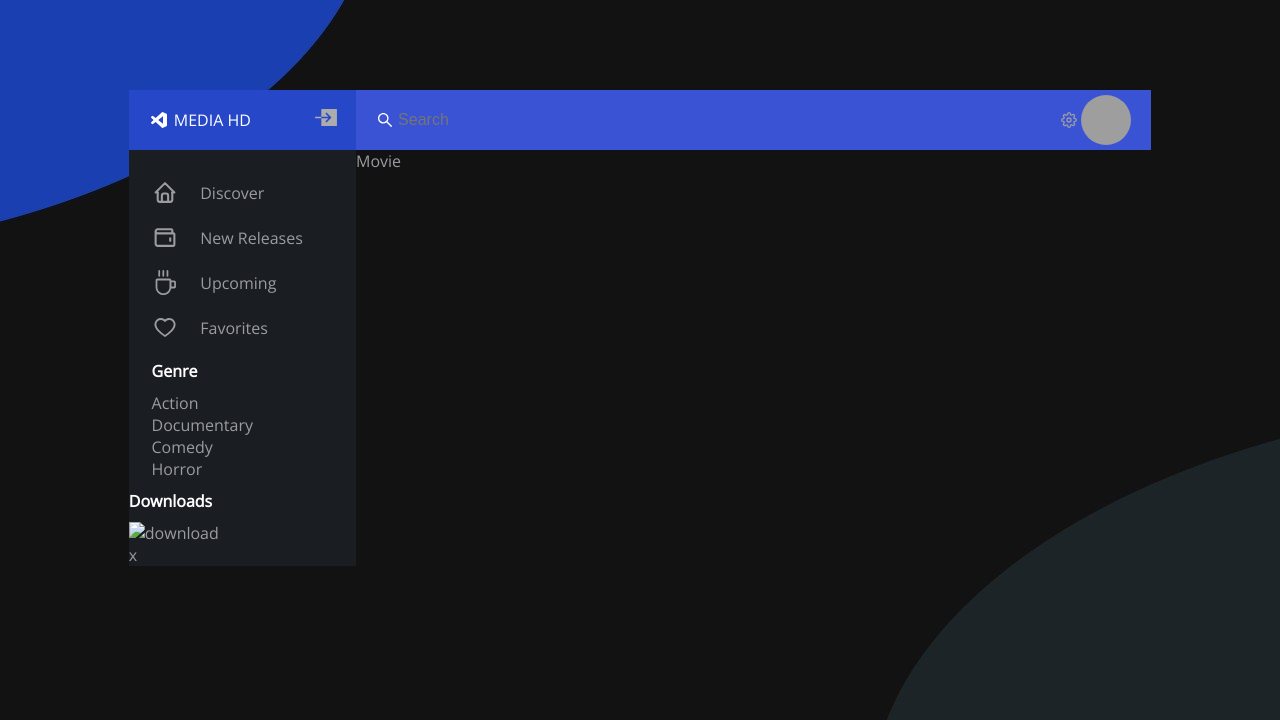
Repository: DevLaukey/movie-task
Page: /
These files come from the project's save history. The page is drawn as it stood at one moment and after the next save; the edit follows.
The browser window is 1280 px wide. The pictures show the whole page.
Pictures or frames that could not be fetched are drawn as grey boxes. The page's requests for data from a server got no answer. The project was rebuilt for these pictures with package versions that can differ from the ones it lists, and the page was loaded fresh each time. No one was signed in, and anything a server would have sent is missing. Also part of the build but not shown: src/components/Body/Movies.css.

Above is the page before, as saved 2022-06-15 20:50:38.

### src/App.js
import "./App.css"
import Body from "./components/Body/Body";
import Sidebar from "./components/Sidebar/Sidebar";
import axios from "axios";
import { useEffect, useState } from "react";

function App() {
  const [movies, setMovies] = useState([]);
  const url = "https://api.themoviedb.org/3/";
  const api = axios.create({ baseURL: url });

  const movieDetails = api.get(`/discover/movie?api_key=${process.env.REACT_APP_MOVIEDB_API}`, {
    params: process.env.MOVIEDB_API,
  });

  useEffect(() => {
    movieDetails.then((res) => {
      console.log(res.data.results);
    });
  }, [movies])
  return (
    <main className="App">
      <div className="App__container">
        <Sidebar />
        <Body />
      </div>
    </main>
  );
}

export default App;

### src/index.css
*{
    padding: 0;
    margin: 0;
    box-sizing: border-box;

}

### src/features/counter/counterSlice.js
import { createAsyncThunk, createSlice } from '@reduxjs/toolkit';
import { fetchCount } from './counterAPI';

const initialState = {
  value: 0,
  movies: 'idle',
};

// The function below is called a thunk and allows us to perform async logic. It
// can be dispatched like a regular action: `dispatch(incrementAsync(10))`. This
// will call the thunk with the `dispatch` function as the first argument. Async
// code can then be executed and other actions can be dispatched. Thunks are
// typically used to make async requests.
export const incrementAsync = createAsyncThunk(
  'counter/fetchCount',
  async (amount) => {
    const response = await fetchCount(amount);
    // The value we return becomes the `fulfilled` action payload
    return response.data;
  }
);

export const counterSlice = createSlice({
  name: 'counter',
  initialState,
  // The `reducers` field lets us define reducers and generate associated actions
  reducers: {
    increment: (state) => {
      // Redux Toolkit allows us to write "mutating" logic in reducers. It
      // doesn't actually mutate the state because it uses the Immer library,
      // which detects changes to a "draft state" and produces a brand new
      // immutable state based off those changes
      state.value += 1;
    },
    decrement: (state) => {
      state.value -= 1;
    },
    // Use the PayloadAction type to declare the contents of `action.payload`
    incrementByAmount: (state, action) => {
      state.value += action.payload;
    },
  },
  // The `extraReducers` field lets the slice handle actions defined elsewhere,
  // including actions generated by createAsyncThunk or in other slices.
  extraReducers: (builder) => {
    builder
      .addCase(incrementAsync.pending, (state) => {
        state.status = 'loading';
      })
      .addCase(incrementAsync.fulfilled, (state, action) => {
        state.status = 'idle';
        state.value += action.payload;
      });
  },
});

export const { increment, decrement, incrementByAmount } = counterSlice.actions;

// The function below is called a selector and allows us to select a value from
// the state. Selectors can also be defined inline where they're used instead of
// in the slice file. For example: `useSelector((state: RootState) => state.counter.value)`
export const selectCount = (state) => state.counter.value;

// We can also write thunks by hand, which may contain both sync and async logic.
// Here's an example of conditionally dispatching actions based on current state.
export const incrementIfOdd = (amount) => (dispatch, getState) => {
  const currentValue = selectCount(getState());
  if (currentValue % 2 === 1) {
    dispatch(incrementByAmount(amount));
  }
};

export default counterSlice.reducer;

### src/App.css
@import url('https://fonts.googleapis.com/css2?family=Open+Sans&display=swap');
.App{
    background-image: url(../public/back.jpg);
    width: 100vw;
    height: 100vh;
    background-size: cover;
    background-repeat: no-repeat;
    font-family: 'Open Sans', sans-serif;
    color: rgba(154,156,161,255);
}
.App__container{
    position: absolute;
    display: flex;
    justify-content: center;
    padding: 10vh;
    width: 100%;
}

### src/components/Body/Body.js
import React from "react";
import "./Body.css";
import Movies from "./Movies";
import Nav from "./Nav/Nav";
function Body() {
  return (
    <div className="body">
      <Nav />
      <Movies />
    </div>
  );
}

export default Body;

### src/components/Sidebar/Sidebar.js
import React from "react";
import "./Sidebar.css";
import { IoEnterSharp } from "react-icons/io5";
import { SiVisualstudiocode } from "react-icons/si";

import Links from "./Links";


function Sidebar() {
  return (
    <div className="sidebar">
      <div className="sidebar__top">
        <div className="sidebar__left">
          <SiVisualstudiocode className="sidebar__logo" />
          <p className="sidebar__text">MEDIA HD</p>
        </div>
        <div className="sidebar__right">
          <IoEnterSharp
            style={{ color: "#acacac", height: "25", width: "30" }}
          />
        </div>
      </div>
      <div className="sidebar__bottom">
       <Links />
        <section className="sidebar__genre">
          <p className="sidebar__genre-bold-text">Genre</p>
          <p className="sidebar__genre-text">Action</p>
          <p className="sidebar__genre-text">Documentary</p>
          <p className="sidebar__genre-text">Comedy</p>
          <p className="sidebar__genre-text">Horror</p>
        </section>
        <section className="sidebar__downloads">
          <p className="sidebar__genre-bold-text">Downloads</p>
          <img src="" alt="download" />
          <p className="sidebar__downloads-text">x</p>
        </section>
      </div>
    </div>
  );
}

export default Sidebar;

### src/components/Body/Body.css
.body{
    display: flex;
    flex-direction: column;
    top: -20px;
    width: 70%;
}

### src/components/Body/Movies.js
import React from 'react'
import Movie from './Movie'
import "./Movies.css"
function Movies() {
  return (
      <div>
          <Movie />
    </div>
  )
}

export default Movies

### src/components/Body/Nav/Nav.js
import React from 'react'
import "./Nav.css"
import { AiOutlineSearch} from "react-icons/ai";
import { FiSettings } from "react-icons/fi";

function Nav() {
  return (
    <div className="nav">
      <div className="nav__search">
        <AiOutlineSearch style={{ color: "white", fontSize: "20" }} />
        <input
          className="nav__search__input"
          type="text"
          placeholder="Search"
        />
      </div>
      <div className="nav__icons">
        <FiSettings />
        <img
          src={`https://dt2sdf0db8zob.cloudfront.net/wp-content/uploads/2019/12/9-Best-Online-Avatars-and-How-to-Make-Your-Own-for-Free-image1-5.png`}
          alt=""
          className="nav__avatar"
        />
      </div>
    </div>
  );
}

export default Nav

### src/components/Sidebar/Sidebar.css
.sidebar {
  display: flex;
  flex-direction: column;
  margin-top: 18px;
  width: 20%;
  align-items: center;
  background-color: rgba(26, 29, 34, 255);
}
.sidebar__top {
  display: flex;
  width: 100%;
  justify-content: space-between;
  align-items: center;
  padding: 15px;
  background-color: #2647c8;
}
.sidebar__left {
  color: #fff;
  display: flex;
  align-items: center;
}
.sidebar__logo {
  width: 30px;
}
.sidebar__bottom {
  width: 100%;
}

.sidebar__group {
  width: 100%;
  margin-top: 20px;
  display: flex;

  flex-direction: column;
}
.sidebar__option {
  display: flex;
  align-items: center;
  padding: 10px 20px 10px 0;
}
.sidebar__option > *{
margin-left: 10% ;
}
.sidebar__option:hover {
  background-color: #0c0c0c;
  color: rgba(25, 64, 181, 255);
  border-left: 1px solid #2647c8;
}
.sidebar__genre{
  display: flex;
  flex-direction: column;
  padding: 10px 20px 10px 0;
  margin-left: 10%;
}
.sidebar__genre-bold-text{
  font-weight: bold;
  color: #fff;
  font-size: 1em;
  margin-bottom: 10px;
}

### src/components/Sidebar/Links.js
import React from 'react'
import { TbHome } from "react-icons/tb";
import { BiWallet } from "react-icons/bi";
import { AiOutlineHeart, AiOutlineCoffee } from "react-icons/ai";


function Links() {
  return (
    <nav className="sidebar__group">
      <div className="sidebar__option">
        <TbHome style={{ height: "25", width: "30" }} />
        <p className="sidebar__option-text">Discover</p>
      </div>
      <div className="sidebar__option">
        <BiWallet style={{ height: "25", width: "30" }} />
        <p className="sidebar__option-text">New Releases</p>
      </div>
      <div className="sidebar__option">
        <AiOutlineCoffee style={{ height: "25", width: "30" }} />
        <p className="sidebar__option-text">Upcoming</p>
      </div>
      <div className="sidebar__option">
        <AiOutlineHeart style={{ height: "25", width: "30" }} />

        <p className="sidebar__option-text">Favorites</p>
      </div>
    </nav>
  );
}

export default Links

### src/components/Body/Movie.js
import React from 'react'
import "./Movies.css"
function Movie() {
  return (
    <div>Movie</div>
  )
}

export default Movie

### src/components/Body/Nav/Nav.css
.nav {
  width: 100%;
  display: flex;
  justify-content: space-between;
  margin-top: 18px;
  align-items: center;
  padding: 5px 20px;
  background-color: #3a53d4;
}
.nav__search {
  display: flex;
  align-items: center;
}
.nav__search__input {
  width: 100%;
  border: none;
  background-color: #3a53d4;
  color: #fff;
  margin-left: 4px;
  font-size: 1em;
}

.nav__search__input:focus {
  outline: none;
}
.nav__icons{
    display: flex;
    align-items: center;
}
.nav__avatar{
    margin-left: 4px;
  vertical-align: middle;
  width: 50px;
  height: 50px;
  border-radius: 50%
}

Loaded but not shown: public/index.html (common file); src/index.js (common file); src/app/store.js (common file); src/reportWebVitals.js (common file); src/features/counter/counterAPI.js (common file)

After the next save:
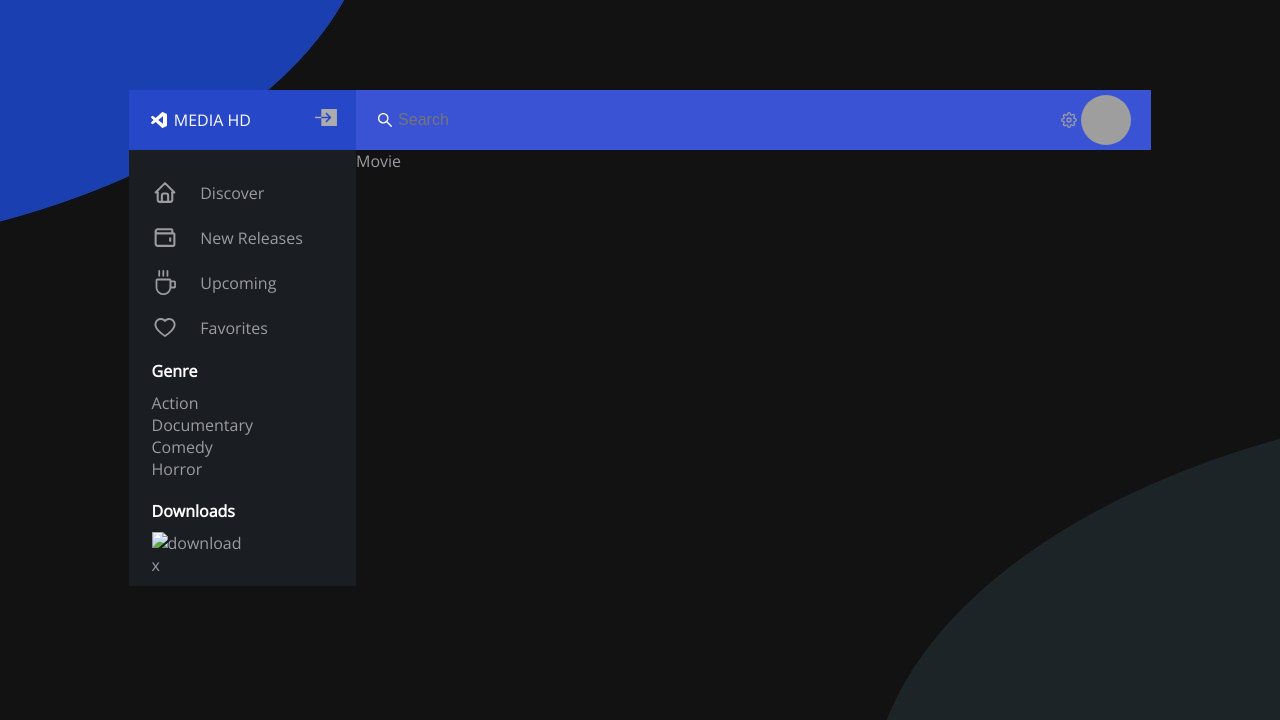
Saved 39 s later.
--- a/src/components/Sidebar/Sidebar.css
+++ b/src/components/Sidebar/Sidebar.css
@@ -58,3 +58,10 @@ margin-left: 10% ;
   font-size: 1em;
   margin-bottom: 10px;
 }
+
+.sidebar__downloads{
+  display: flex;
+  flex-direction: column;
+  padding: 10px 20px 10px 0;
+  margin-left: 10%;
+}
